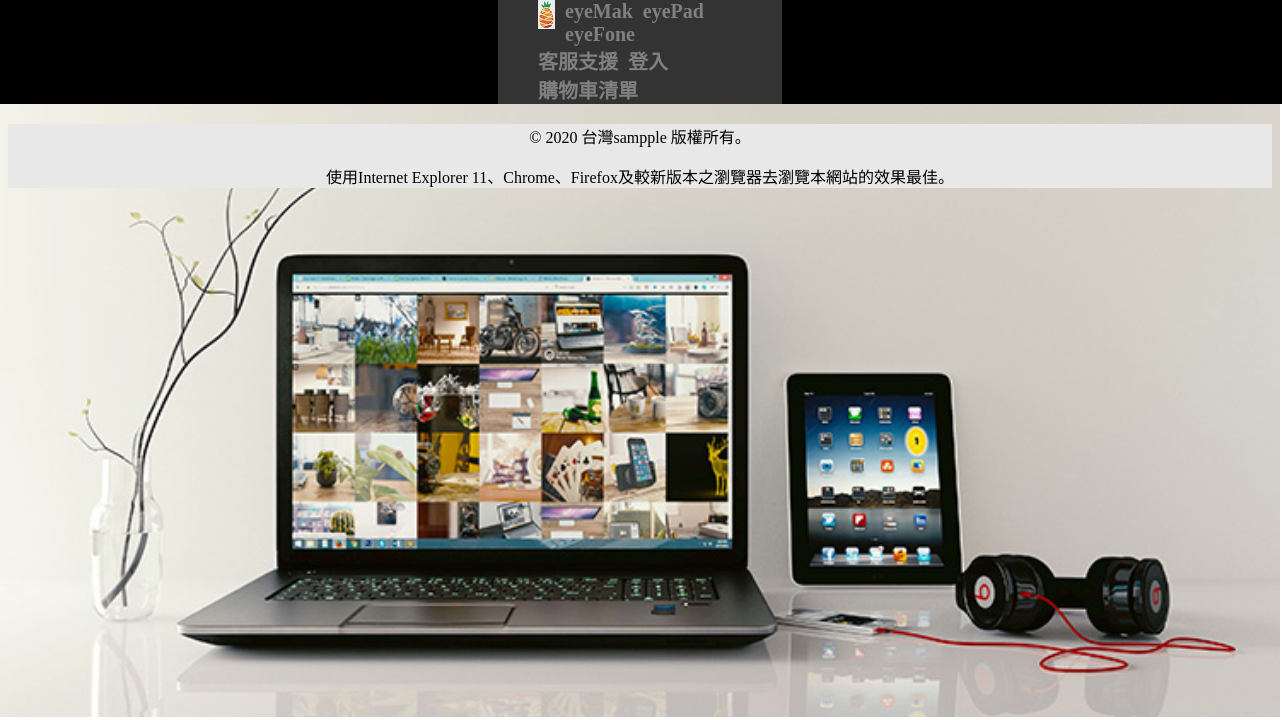
Repository: Vincent4142/NewFinalProject
Page: http://localhost/FinalProject/
These files come from the project's save history. The page is drawn as it stood at one moment and after the next save; the edit follows.
The browser window is 1280 px wide. The page is 1282 px wide, so the pictures cover 1282 px, including what lies to the right of the window. The pictures show the whole page.
The page is served by Tomcat 9.

Above is the page before, as saved 2020-04-09 06:12:50.

After the next save:
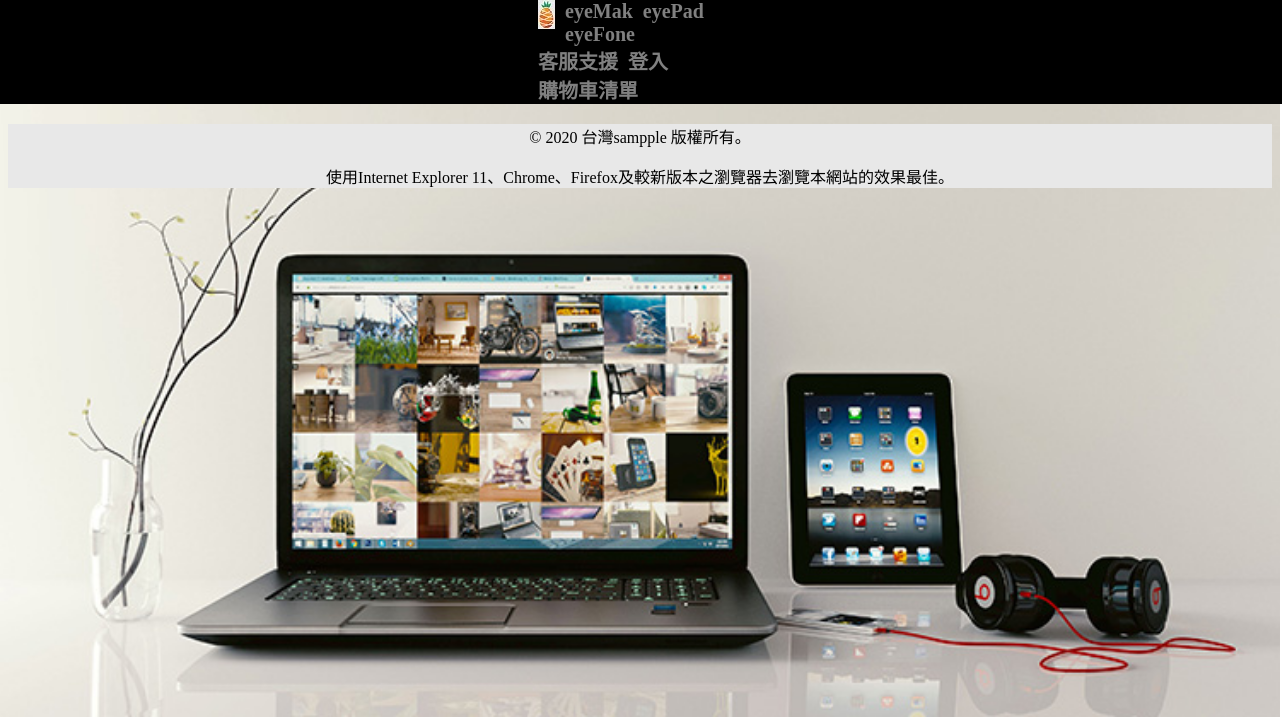
Saved 36 s later.
--- a/FinalProject/WebContent/fragment/indexTOP.jsp
+++ b/FinalProject/WebContent/fragment/indexTOP.jsp
@@ -17,7 +17,7 @@
 }
 /* 主UL */
 .navul {
-	background: rgba(255, 255, 255, 0.2);
+
 	list-style-type: none;
 	font-weight: bolder;
 	font-size: 20px;
